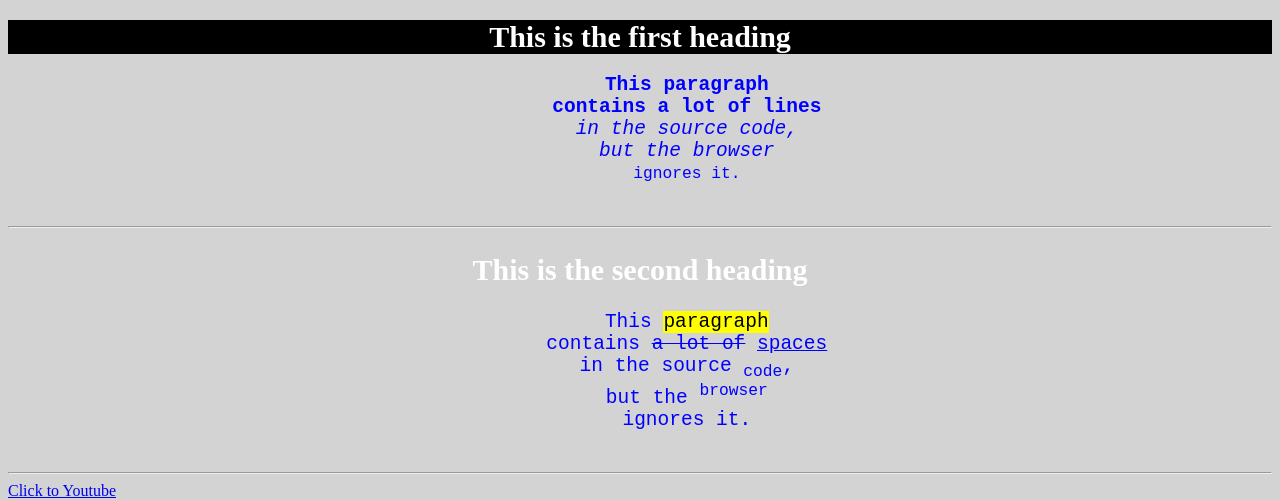
Repository: zRush1202/LoginPage-demo
Page: ex_html/index.html
An editor plug-in stored every save of this project. The page is shown before and after the next save, followed by the edit.
The browser window is 1280 px wide. The pictures show the part of the page from y = 0 to 500 px (the page is 773 px tall before and 777 px after).
Pictures or frames that could not be fetched are drawn as grey boxes.

Above is the page before, as saved 2023-09-06 17:23:53.

After the next save:
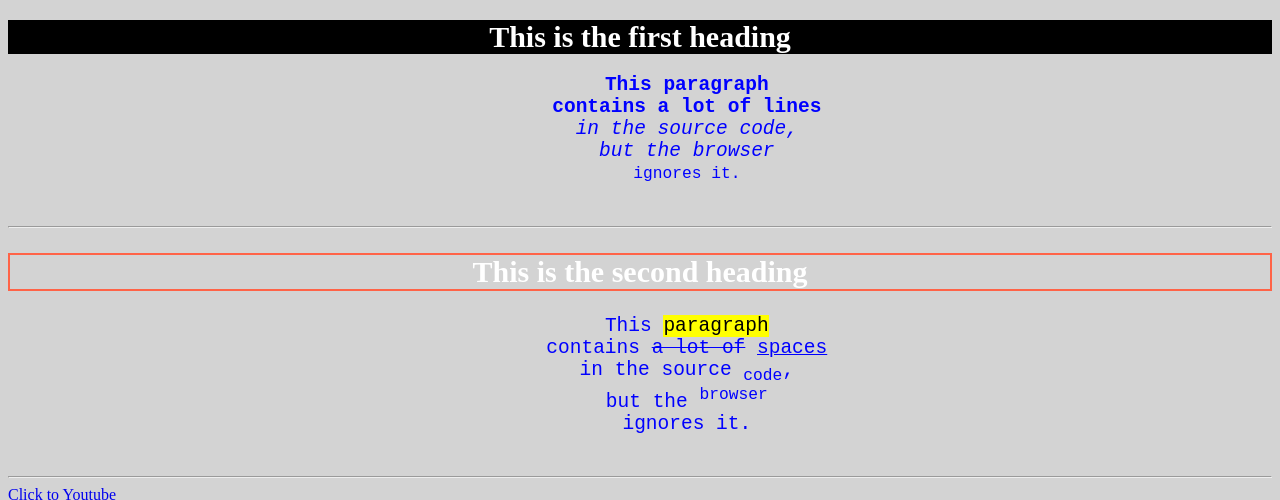
Saved 38 s later.
--- a/ex_html/index.html
+++ b/ex_html/index.html
@@ -15,7 +15,7 @@
         <small>ignores it.</small>
     </pre>
     <hr>
-    <h2 style="color:white; border: 2px black; text-align: center; font-size: 30px; font-family: 'Times New Roman', Times, serif;">This is the second heading</h2>
+    <h2 style="color:white; border: 2px solid tomato; text-align: center; font-size: 30px; font-family: 'Times New Roman', Times, serif;">This is the second heading</h2>
     <pre style="color: blue; text-align: center; font-size: 150%;">
         This <mark>paragraph</mark>
         contains <del>a lot of</del> <ins>spaces</ins>
